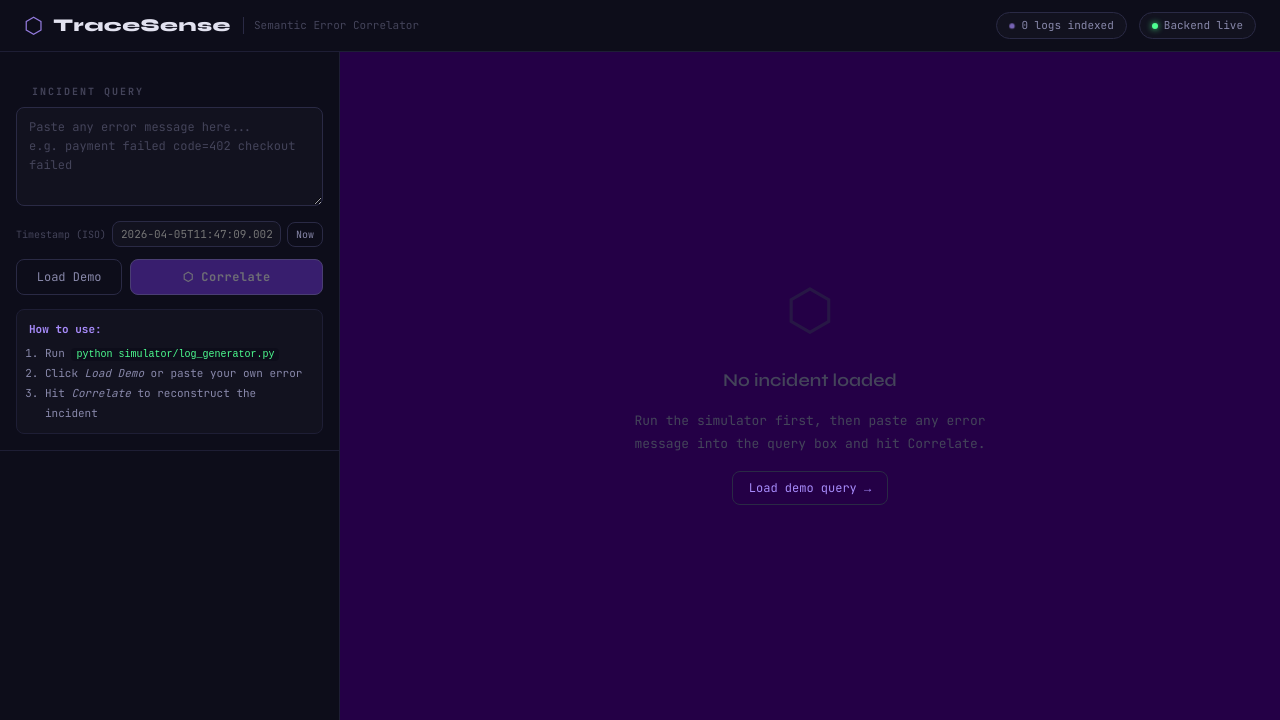
Repository: SaranyaM15/AI_Engineer_Journey
Page: / (app in tracesense/frontend/)
These files come from the project's save history. The page is drawn as it stood at one moment and after the next save; the edit follows.
The browser window is 1280 px wide. The pictures show the whole page.
The page's requests for data from a server got no answer. The project was rebuilt for these pictures with package versions that can differ from the ones it lists, and the page was loaded fresh each time. No one was signed in, and anything a server would have sent is missing. Also part of the build but not shown: tracesense/frontend/vite.config.js, tracesense/frontend/src/components/Timeline.jsx, tracesense/frontend/src/components/LogFeed.jsx.

Above is the page before, as saved 2026-04-05 18:42:30.

After the next save:
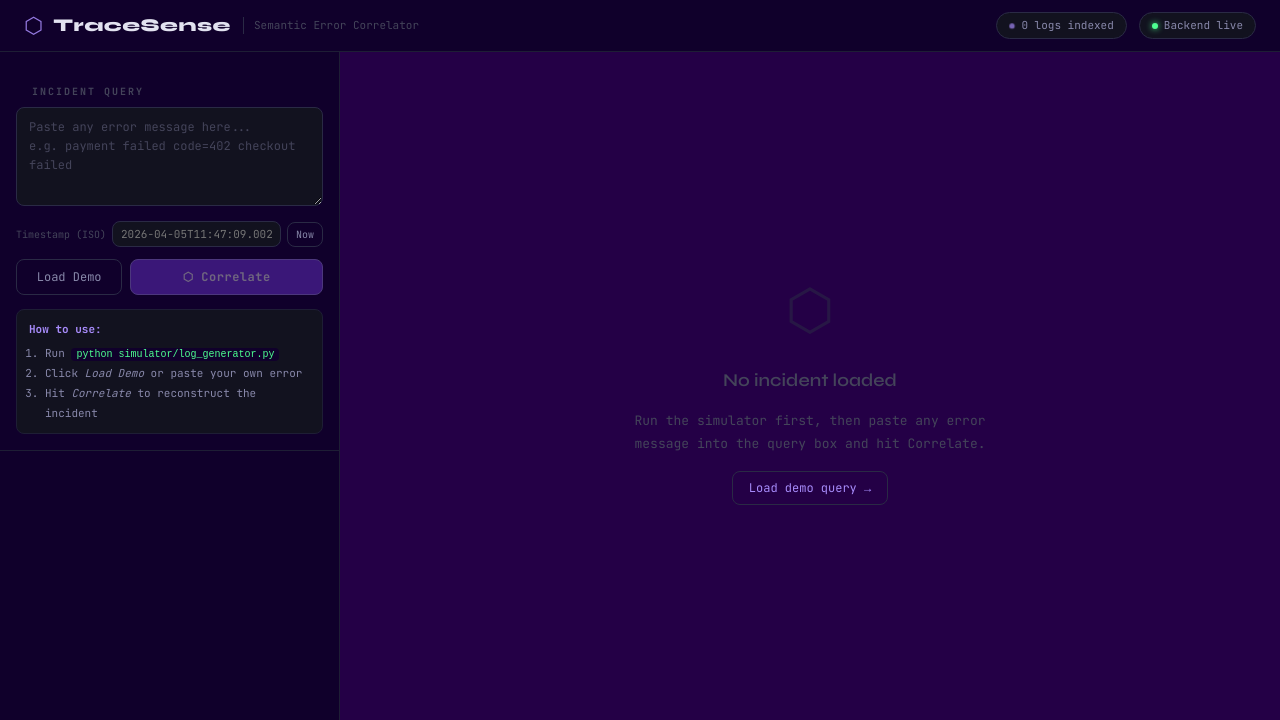
Saved 59 s later.
--- a/tracesense/frontend/src/App.css
+++ b/tracesense/frontend/src/App.css
@@ -3,7 +3,7 @@
 /* ── Variables ── */
 :root {
   --bg:         #240046;
-  --bg2:        #0d0d1a;
+  --bg2:        #10002B;
   --bg3:        #12121f;
   --border:     #1e1e35;
   --border2:    #2a2a45;
